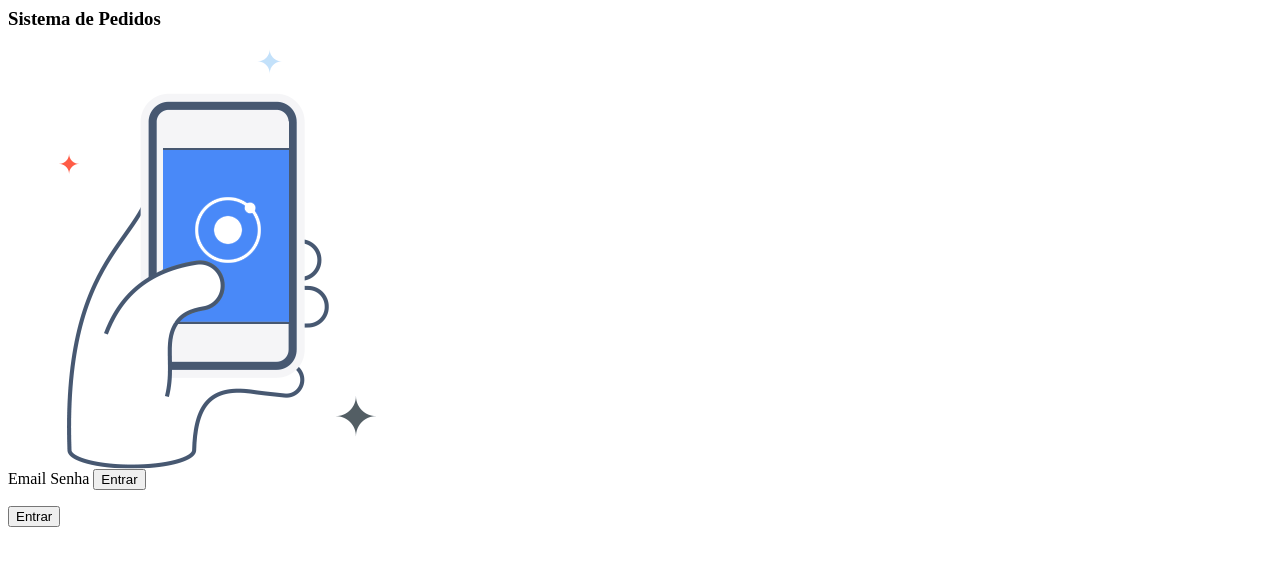
Repository: Matheus-Bandeira/ionic-ui
Page: src/pages/home/home.html
These files come from the project's save history. The page is drawn as it stood at one moment and after the next save; the edit follows.
The browser window is 1280 px wide. The pictures show the whole page.

Above is the page before, as saved 2019-03-08 14:45:16.

After the next save:
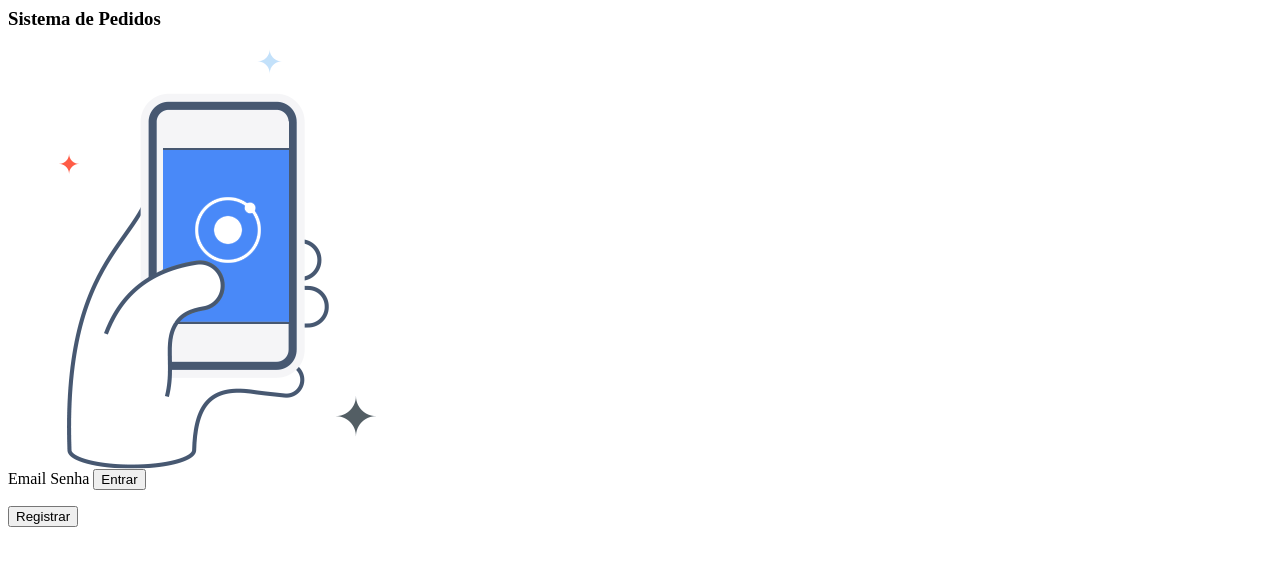
Saved 14 s later.
--- a/src/pages/home/home.html
+++ b/src/pages/home/home.html
@@ -15,5 +15,5 @@
     </ion-item>
     <button ion-button success block>Entrar</button>
   </form>
-  <button ion-button color="success" block>Entrar</button>
+  <button ion-button block>Registrar</button>
 </ion-content>
